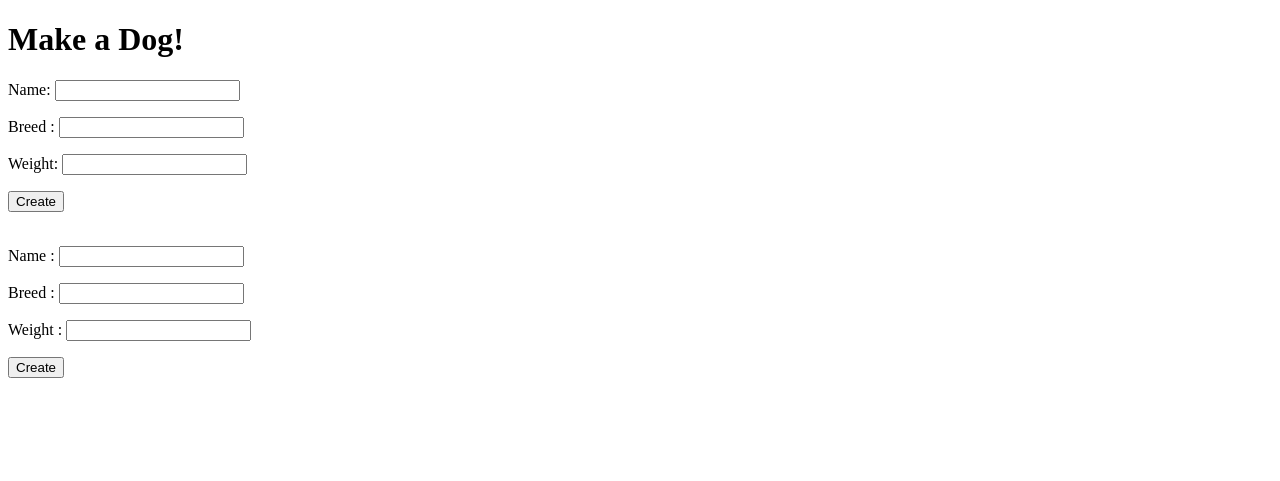
Repository: ohis/JAVAOnTheWeb
Page: http://localhost/Pets/Home
The author's editor kept a copy of each file at every save. The page is drawn from the files as they stood at one save, then again after the next save.
The browser window is 1280 px wide. The pictures show the whole page.
The page is served by Tomcat 9. Other server files are loaded and not shown.

Above is the page before, as saved 2017-12-02 19:53:52.

### servlets/Pets/WebContent/WEB-INF/views/Home.jsp
<%@ page language="java" contentType="text/html; charset=ISO-8859-1"
    pageEncoding="ISO-8859-1"%>
<!DOCTYPE html PUBLIC "-//W3C//DTD HTML 4.01 Transitional//EN" "http://www.w3.org/TR/html4/loose.dtd">
<html>
<head>
<meta http-equiv="Content-Type" content="text/html; charset=ISO-8859-1">
<title>Make a pet!</title>
</head>
<body>
   <h1>Make a Dog!</h1>

   <form action="Dog" method="get">
   <p>
      <label> Name:</label>
      <input type="text" name="name">
   </p>
   <p>
      <label>Breed :</label>
      <input type="text" name="breed">
   </p>
   <p>
      <label>Weight:</label>
      <input type="number" name="weight" >
   </p>

    <input type="submit" value="Create">

   </form>

   <br>
   <form action="Cat" method="get">
   <p>
     <label>Name :</label>
     <input type="text" name="name">
   </p>

   <p>
     <label>Breed :</label>
     <input type="text" name="breed">
   </p>
   <p>
     <label>Weight :</label>
     <input type="number" name="weight">
   </p>

   <input type="submit" value="Create">

   </form>
</body>
</html>

### servlets/Pets/src/com/codingdojo/controllers/Home.java
package com.codingdojo.controllers;

import java.io.IOException;

import javax.servlet.RequestDispatcher;
import javax.servlet.ServletException;
import javax.servlet.annotation.WebServlet;
import javax.servlet.http.HttpServlet;
import javax.servlet.http.HttpServletRequest;
import javax.servlet.http.HttpServletResponse;

/**
 * Servlet implementation class Home
 */
@WebServlet("/Home")
public class Home extends HttpServlet {
	private static final long serialVersionUID = 1L;

    /**
     * @see HttpServlet#HttpServlet()
     */
    public Home() {
        super();
        // TODO Auto-generated constructor stub
    }

	/**
	 * @see HttpServlet#doGet(HttpServletRequest request, HttpServletResponse response)
	 */
	protected void doGet(HttpServletRequest request, HttpServletResponse response) throws ServletException, IOException {
		// TODO Auto-generated method stub
		RequestDispatcher view = request.getRequestDispatcher("/WEB-INF/views/Home.jsp");
		view.forward(request, response);
	}

	/**
	 * @see HttpServlet#doPost(HttpServletRequest request, HttpServletResponse response)
	 */
	protected void doPost(HttpServletRequest request, HttpServletResponse response) throws ServletException, IOException {
		// TODO Auto-generated method stub
		doGet(request, response);
	}

}

After the next save:
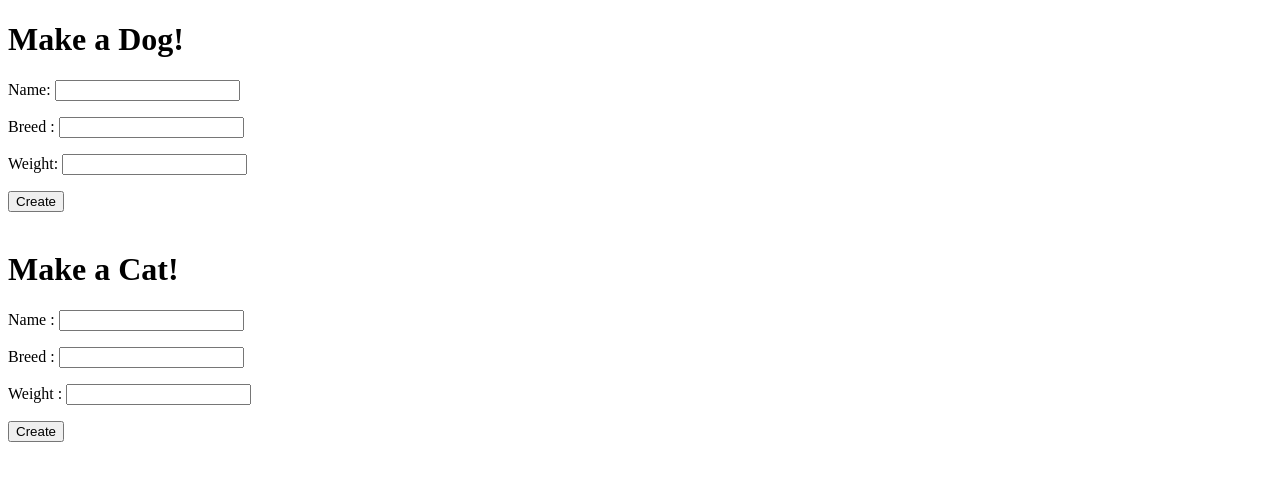
Saved 23 s later.
--- a/servlets/Pets/WebContent/WEB-INF/views/Home.jsp
+++ b/servlets/Pets/WebContent/WEB-INF/views/Home.jsp
@@ -28,6 +28,7 @@
    </form>
 
    <br>
+   <h1>Make a Cat!</h1>
    <form action="Cat" method="get">
    <p>
      <label>Name :</label>
